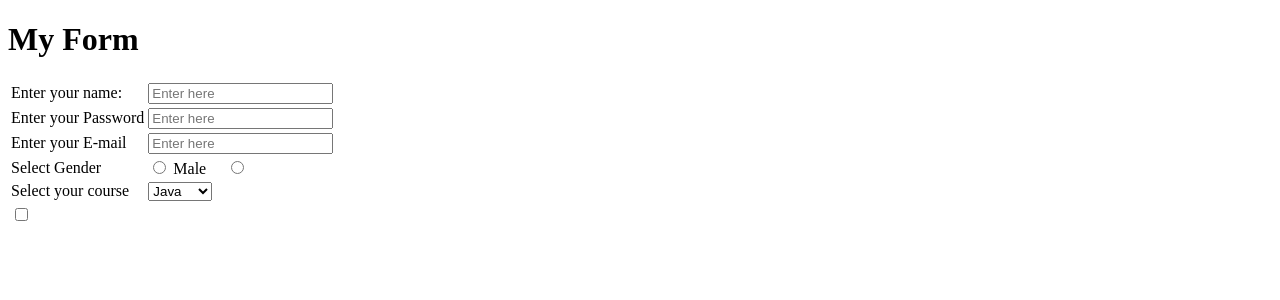
Repository: Amit7Akt/EJB
Page: FormSubmission/src/main/webapp/index.html
An editor plug-in stored every save of this project. The page is shown before and after the next save, followed by the edit.
The browser window is 1280 px wide. The pictures show the whole page.

Above is the page before, as saved 2022-11-22 06:35:42.

### FormSubmission/src/main/webapp/index.html
<!DOCTYPE html>
<html lang = "en">
	<head>
		<meta charset= "UTF-8">
		<title>Form Page</title>
	</head>
	<body>
		<div class = "container">
			<h1> My Form</h1>
			<form action = "RegisterServlet " mehod = "post">
				<table>
					<tr>
						<td>Enter your name:</td>
						<td> <input type = "text" name = "user_name" placeholder = "Enter here"/> </td>
					</tr>
					<tr>
						<td>Enter your Password	</td>
						<td><input type = "Password" name = "user_password" placeholder= "Enter here"/></td>
					</tr>
					<tr>
						<td>Enter your E-mail</td>
						<td><input type = "email" name = "user_name" placeholder = "Enter here" /> </td>
					</tr>

					<tr>
						<td> Select Gender</td>
						<td> <input type = "radio" name = "user_gender" value = "male"> Male &nbsp; &nbsp; <input type = "radio" name = "user_gender" value = "female"></td>
					</tr>

					<tr>
						<td>
							Select your course
						</td>
						<td>
							<select name = "user_course" >
								<option value ="Java"> Java</option>
								<option value = "Php"> Php </option>
								<option value = "Python"> Python </option>
								<option value = "Ruby">Ruby </option>
							</select>
						</td>
					</tr>

					<tr>
						<td style = "text_align: center;">
							<input type = "checkbox" value= "checked" name = "condition" />

				</table>

			</form>

		</div>

	</body>

</html>

After the next save:
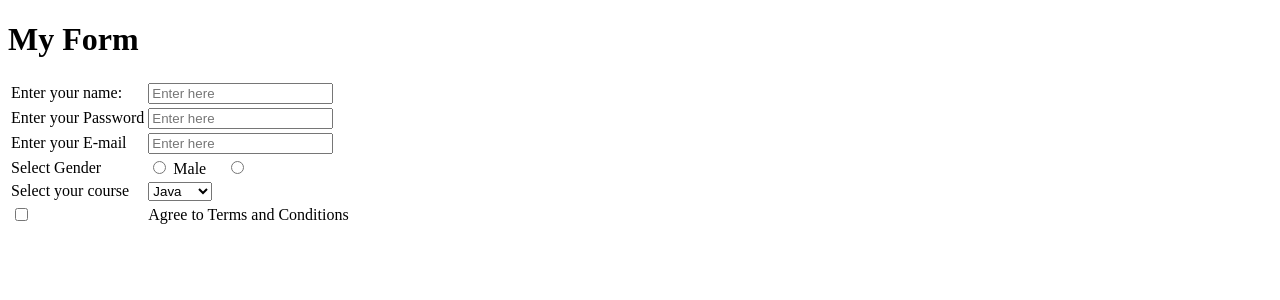
Saved 96 s later.
--- a/FormSubmission/src/main/webapp/index.html
+++ b/FormSubmission/src/main/webapp/index.html
@@ -44,7 +44,10 @@
 					<tr>
 						<td style = "text_align: center;">
 							<input type = "checkbox" value= "checked" name = "condition" />
-
+						</td>
+						<td>
+							Agree to Terms and Conditions
+						</td>
 				</table>
 
 			</form>
